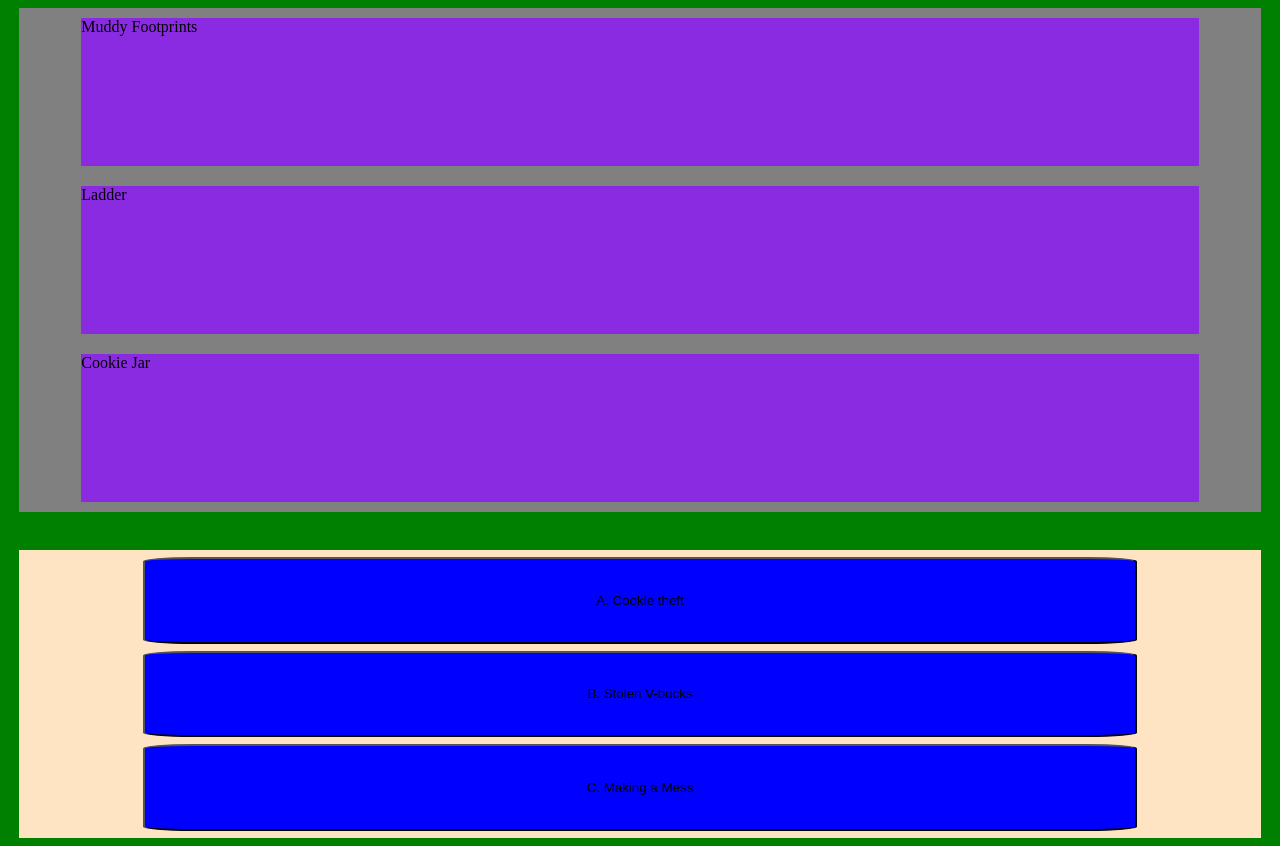
Repository: nguyenlejoe/Dynamic_notSoSherlock
Page: Alex Inductive Thinking/MultiChoice.html
An editor plug-in stored every save of this project. The page is shown before and after the next save, followed by the edit.
The browser window is 1280 px wide. The pictures show the whole page.

Above is the page before, as saved 2020-03-06 20:00:21.

### Alex Inductive Thinking/MultiChoice.html
<!DOCTYPE html>
<html>
    <head>
        <title>Inductive Thinking</title>
        <link rel="stylesheet" href="MultiChoice.css">
    </head>
    <body>
        <div id="clueStage">
            <div id="crimeScene">
                <div class="evidence" id="clue1" onclick="displayClue1()"></div>
                <div class="evidence" id="clue2" onclick="displayClue2()"></div>
                <div class="evidence" id="clue3" onclick="displayClue3()"></div>
            </div>
            <div id="multiChoice">
                <button class="InductiveChoice" id="buttonA">Choice 1</button>
                <button class="InductiveChoice" id="buttonB">Choice 2</button>
                <button class="InductiveChoice" id="buttonC">Choice 3</button>
        </div>
        </div>
        <script src="MultiChoice.js"></script>
    </body>

</html>

### Alex Inductive Thinking/MultiChoice.css

body{
    background-color: green;
}
#clueStage{
    display: flex;
    flex-direction: column;
    align-items: center;
}

#crimeScene{
    display: flex;
    flex-direction: column;
    height: 70vh;
    width: 97vw;
    background-color: grey;
    justify-content: center;
    align-items: center;

}
.evidence{
    width: 90%;
    height: 300px;
    background-color: blueviolet;
    margin: 10px;
}





#multiChoice{
    background-color:bisque;
    width: 97vw;
    height: 40vh;
    margin-top: 3%;
    display: flex;
    flex-direction: column;
    justify-content: space-evenly;
    justify-items: center;
    align-items: center;
}

.InductiveChoice{
    width: 80%;
    height: 30%;
    background-color: blue;
    border-radius: 05%;
}

### Alex Inductive Thinking/MultiChoice.js




///////////////////////////  OBJECTS  /////////////////////////
var Clues =[
    {
    item: "Muddy Footprints",
    description: "It seems like the culprit left muddy footprints upon the floor! ",
    multiChoice: [
        choiceA = ["A. Cookie theft", 1],
        choiceB = ["B. Stolen V-bucks", 2],
        choiceC = ["C. Making a Mess", 3]
        ],

    },

    {
        item: "Ladder",
        description: "I'm curious as to why is this ladder next to the counter!",
        multiChoice: [
            choiceA = ["A. Cookie theft", 1],
            choiceB = ["B. Stolen V-bucks", 2],
            choiceC = ["C. Making a Mess", 3]
            ],
    },

    {
        item: "Cookie Jar",
        description: " Hmmm intriguing, this cookie jar seems rather empty I wonder where all the cookies went? ",
        multiChoice: [
            choiceA = ["A. Cookie theft", 1],
            choiceB = ["B. Stolen V-bucks", 2],
            choiceC = ["C. Making a Mess", 3]
            ],
    }
]
   /* var multiChoice = [
        {a: "Cookie theft"},
        {b: "Stolen V-bucks"},
        {c: "Making a Mess"},
    ],
] */
///////////////////////////  MULTI CHOICE QUESTION  /////////////////////////


function addChoices(){
    document.querySelector("#buttonA").innerHTML =  Clues[0].multiChoice[0][0];
    document.querySelector("#buttonB").innerHTML =  Clues[0].multiChoice[1][0];
    document.querySelector("#buttonC").innerHTML =  Clues[0].multiChoice[2][0];
}
addChoices();


///////////////////////////  ADDING CLUES  /////////////////////////


function addClues(){
    document.querySelector("#clue1").innerHTML = Clues[0].item;
    document.querySelector("#clue2").innerHTML = Clues[1].item;
    document.querySelector("#clue3").innerHTML = Clues[2].item;
}
addClues()

///////////////////////////  CLUE DETAIL DISPLAY  /////////////////////////

function displayClue1(){
    alert(Clues[0].description);
}

function displayClue2(){
    alert(Clues[1].description);
}

function displayClue3(){
    alert(Clues[2].description);
}



///////////////////////////  CHECK ANSWER    /////////////////////////
var type = document.getElementsByClassName("evidence");

switch(type){
    case 1:
        console.log("You are Correct");
        break;
    case 2:
        console.log("You are Incorrect");
        break;
    case 2:
        console.log("You are Incorrect");
        break;
}

After the next save:
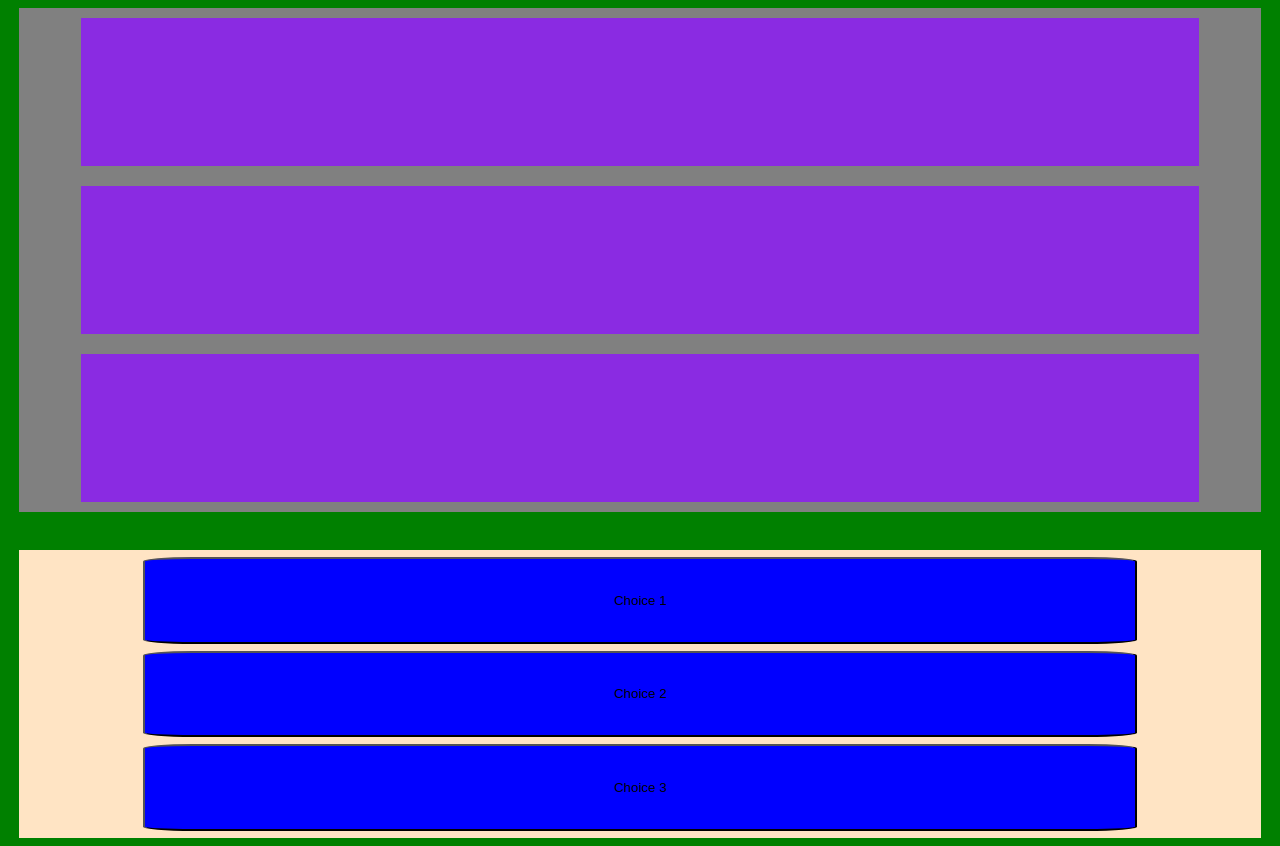
Console error: TypeError: Cannot set properties of null (setting 'innerHTML')
Saved 5 min 29 s later.
--- a/Alex Inductive Thinking/MultiChoice.html
+++ b/Alex Inductive Thinking/MultiChoice.html
@@ -12,7 +12,7 @@
                 <div class="evidence" id="clue3" onclick="displayClue3()"></div>
             </div>
             <div id="multiChoice">
-                <button class="InductiveChoice" id="buttonA">Choice 1</button>
+                <button class="InductiveChoice" id="Correct">Choice 1</button>
                 <button class="InductiveChoice" id="buttonB">Choice 2</button>
                 <button class="InductiveChoice" id="buttonC">Choice 3</button>
         </div>

After the 4 saves that followed:
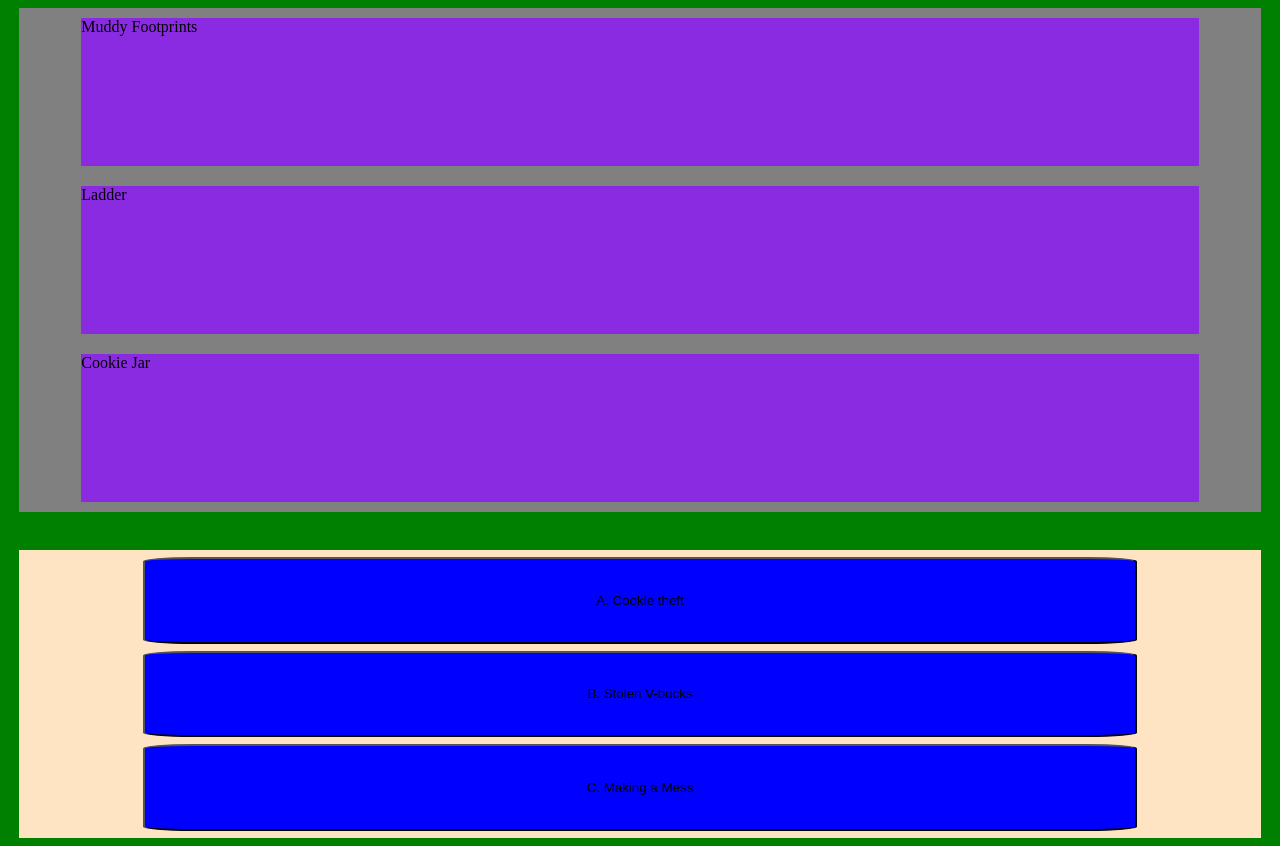
The error is gone.
The 4 saves are shown as one change because 3 left the picture as it was.
The last was saved 5 min 24 s later.
--- a/Alex Inductive Thinking/MultiChoice.html
+++ b/Alex Inductive Thinking/MultiChoice.html
@@ -12,9 +12,9 @@
                 <div class="evidence" id="clue3" onclick="displayClue3()"></div>
             </div>
             <div id="multiChoice">
-                <button class="InductiveChoice" id="Correct">Choice 1</button>
-                <button class="InductiveChoice" id="buttonB">Choice 2</button>
-                <button class="InductiveChoice" id="buttonC">Choice 3</button>
+                <button class="InductiveChoice" name="1" id="buttonA">Choice 1</button>
+                <button class="InductiveChoice" name="2" id="buttonB">Choice 2</button>
+                <button class="InductiveChoice" name="3" id="buttonC">Choice 3</button>
         </div>
         </div>
         <script src="MultiChoice.js"></script>
--- a/Alex Inductive Thinking/MultiChoice.js
+++ b/Alex Inductive Thinking/MultiChoice.js
@@ -79,16 +79,16 @@ function displayClue3(){
 
 
 ///////////////////////////  CHECK ANSWER    /////////////////////////
-var type = document.getElementsByClassName("evidence");
+var evidence = document.getElementsByName ("1");
 
-switch(type){
+switch(evidence){
     case 1:
         console.log("You are Correct");
         break;
     case 2:
         console.log("You are Incorrect");
         break;
-    case 2:
-        console.log("You are Incorrect");
+    case 3:
+        console.log("You are Incorrectish");
         break;
 }
